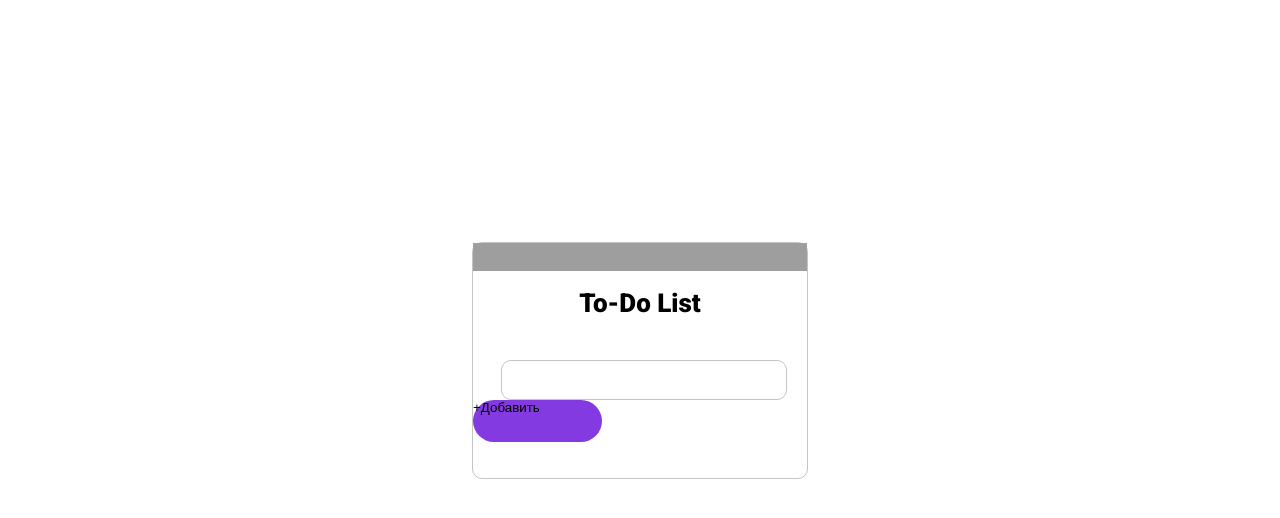
Repository: NatiqSamiyev/To-do-List-js
Page: insex.html
The author's editor kept a copy of each file at every save. The page is drawn from the files as they stood at one save, then again after the next save.
The browser window is 1280 px wide. The pictures show the whole page.
Pictures or frames that could not be fetched are drawn as grey boxes. Some web fonts or font styles are not loaded; a fallback is used.

Above is the page before, as saved 2023-10-31 11:45:08.

### insex.html
<!DOCTYPE html>
<html lang="en">
<head>
    <meta charset="UTF-8">
    <meta name="viewport" content="width=device-width, initial-scale=1.0">
    <title>Document</title>
    <link rel="stylesheet" href="index.css">
</head>
<body>

    <div class="list-container">
        <form action="">
            <div class="color">
               <img src="./image/Rectangle 32.svg" alt="">
               <h1> To-do list </h1>
            </div>

            <label for="">
                <input type="text" class="text-input" required>
            </label>
<button>
    <div class="circle">
        +
    </div>
    <p>Добавить</p>
</button>
            <!-- <div class="btn-box">
              <button class="btn-1">
                <h2>Добавить</h2>
             </button>
              <button class="btn-2"><p>+</p></button>
            </div> -->

            <ul>


            </ul>


        </form>
    </div>



</body>
<script src="./index.js"></script>
</html>

### index.css
@import url("https://fonts.googleapis.com/css2?family=Epilogue:wght@400;600;700;800&family=Inter:wght@400;500;600;700&family=Laila:wght@700&family=Open+Sans:wght@400;600;700;800&family=Roboto+Slab:wght@700&family=Roboto:wght@400;700;900&display=swap");

* {
  margin: 0;
  padding: 0;
  box-sizing: border-box;
}

.list-container {
  width: 100%;
  display: flex;
  width: 100%;
  min-height: 100vh;
  padding: 232px 0px;
  justify-content: center;
  align-items: center;
  background: #fff;
}

form {
  width: 336px;
  /* height: 236px; */
  border-radius: 10px;
  border: 1px solid #c4c4c4;
  background: rgba(196, 196, 196, 0);
}

form .color img {
  width: 100%;
  height: 28px;
}

.color h1 {
  margin-top: 13px;
  color: #000;
  text-align: center;
  font-family: Roboto;
  font-size: 26px;
  font-style: normal;
  font-weight: 900;
  line-height: normal;
  text-transform: capitalize;
}

input {
  margin-top: 42px;
  margin-left: 28px;
  padding: 10px 15px;
  width: 286px;
  height: 40px;
  border-radius: 10px;
  border: 1px solid #c4c4c4;
  background: rgba(196, 196, 196, 0);
  cursor: pointer;
}

.btn-box {
  position: relative;
  width: 129px;
  height: 42px;
}

.btn-1 {
  margin-top: 18px;
  margin-left: 113px;
  width: 129px;
  height: 42px;
  border: none;
  background-color: #833AE0;
  border-radius: 20px;
  cursor: pointer;
}

.btn-1 h2 {
  color: #fff;
  margin-left: 20px;
  font-family: Roboto;
  font-size: 14px;
  font-style: normal;
  font-weight: 400;
  line-height: normal;
  flex-direction: column;
  justify-content: center;
  display: flex;
}

.btn-2 {
  width: 42px;
  height: 42px;
  background-color: #833AE0;
  border-radius: 25px;
  border: none;
  position: absolute;
  margin-left: 110px;
  top: 18px;
  cursor: pointer;
}

.btn-2 p {
  color: #fff;
  text-align: center;
  font-family: Roboto;
  font-size: 14px;
  font-style: normal;
  font-weight: 400;
  line-height: normal;
  display: flex;
  flex-direction: column;
  justify-content: center;
}

ul{
    margin-bottom: 12px;
    padding: 12px 30px 12px 27px;
}

ul li{
    margin-top: 24px;
    list-style-type: none;
    display: flex;
    justify-content: space-between;
}

ul li h3{
    color: #000;
font-family: Roboto;
font-size: 14px;
font-style: normal;
font-weight: 400;
line-height: normal;
}

ul li img{
    width: 20px;
height: 20px;

}


button{
  display: flex;
  width: 129px;
height: 42px;
background-color: #833AE0;
border-radius: 25px;
border: none;
}
button .circle{
  border-radius: 50%;

}

### index.js
let form=document.querySelector('form')
let bntList=document.querySelector('.btn')
let ul=document.querySelector('ul')
let input=document.querySelector('.text-input')


form.addEventListener('sumbit', sumbitForm)
function sumbitForm(a) {
    a.preventDefault()
    ul.innerHTML +=`
    <li>
     <h3>Почистить зубы</h3>
     <img src="./image/Group 56.svg" alt="">
     <p>${textInput.value}</p>
    </li>

    <li>
     <h3>Купить зубную пасту</h3>
     <img src="./image/Group 56.svg" alt="">
    </li>

    <li>
     <h3>Умыться</h3>
     <img src="./image/Group 56.svg" alt="">
    </li>

    <li>
     <h3>Выпить кофе</h3>
     <img src="./image/Group 56.svg" alt="">
    </li>

    <li>
     <h3>Принять душ</h3>
     <img src="./image/Group 56.svg" alt="">
    </li>
`;
form.reset();

}

After the next save:
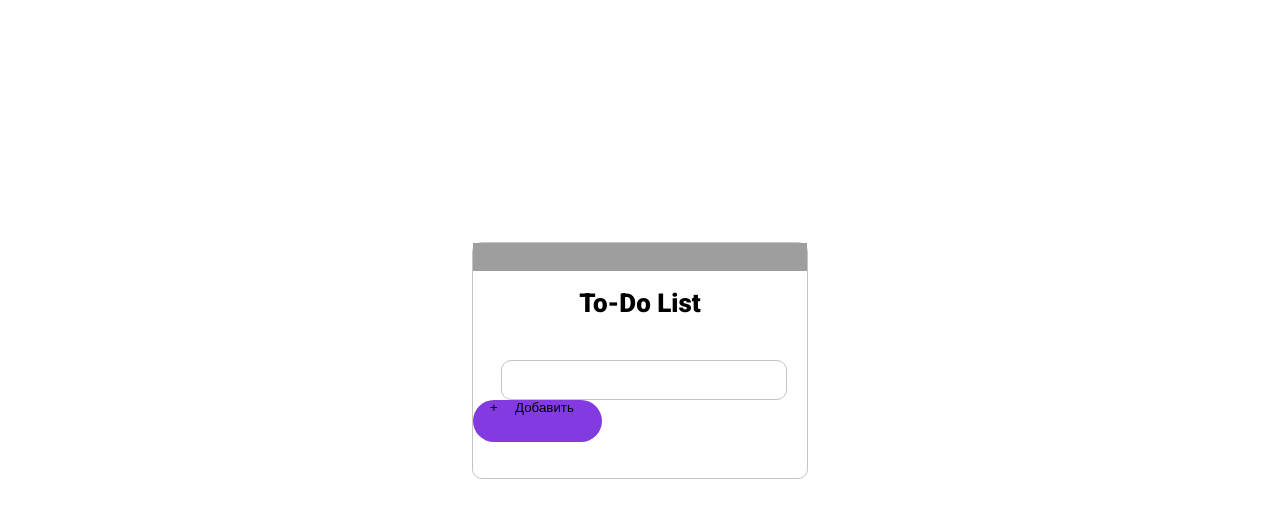
Saved 15 s later.
--- a/index.css
+++ b/index.css
@@ -147,5 +147,6 @@ border: none;
 }
 button .circle{
   border-radius: 50%;
-
+  width: 42px;
+height: 42px;
 }
